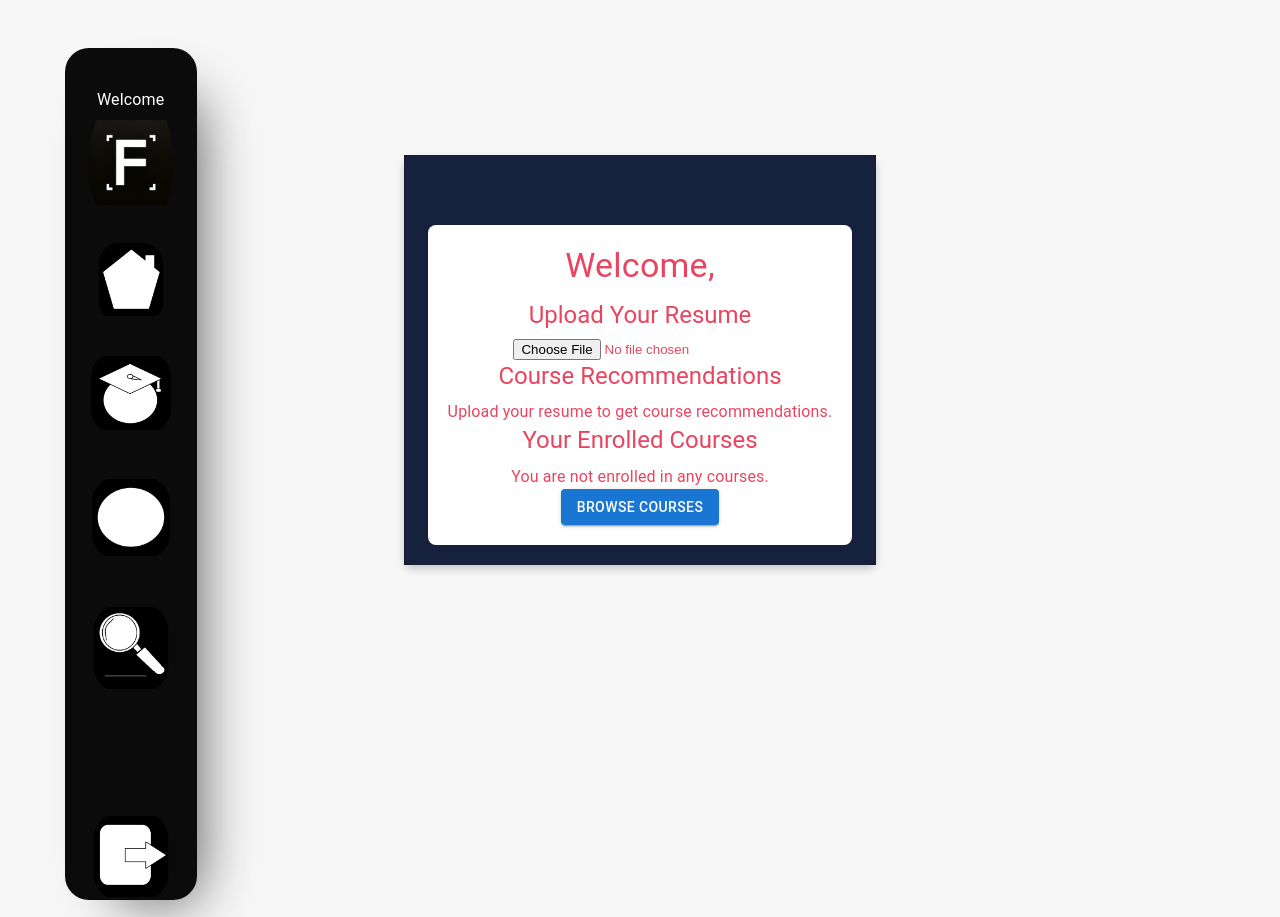
Repository: jvt2/OnlineCourseApp
Page: /dashboard
An editor plug-in stored every save of this project. The page is shown before and after the next save, followed by the edit.
The browser window is 1280 px wide. The pictures show the whole page.
The page's requests for data from a server got no answer. The project was rebuilt for these pictures with package versions that can differ from the ones it lists, and the page was loaded fresh each time. No one was signed in, and anything a server would have sent is missing. Also part of the build but not shown: src/features/auth/Register.js, src/features/auth/Login.js, src/features/courses/ResumeUpload.js, src/features/courses/CourseRecommendations.js, src/components/common/MyModal.js, src/features/courses/CourseCatalog.js, src/features/courses/CourseDetail.js, src/components/common/Navbar.js and 3 more. Imported but missing from the stored project, and not drawn on this page: src/app/reportWebVitals.

Above is the page before, as saved 2024-07-15 11:40:11.

### src/index.js
import React from 'react';
import ReactDOM from 'react-dom/client';
import { Provider } from 'react-redux';
import store from './redux/store';
import './index.css';
import App from './app/App';
import reportWebVitals from './app/reportWebVitals';

const root = ReactDOM.createRoot(document.getElementById('root'));
root.render(
  <React.StrictMode>
    <App />
  </React.StrictMode>
);

// If you want to start measuring performance in your app, pass a function
// to log results (for example: reportWebVitals(console.log))
// or send to an analytics endpoint. Learn more: https://bit.ly/CRA-vitals
reportWebVitals();

### src/redux/store.js
// src/redux/store.js

import { configureStore } from '@reduxjs/toolkit';
import userReducer from './userReducer';

const store = configureStore({
  reducer: {
    user: userReducer,
  },
});

export default store;

### src/app/App.js
import { BrowserRouter as Router, Route, Routes } from 'react-router-dom';
import React, { useState } from 'react';
import logo from '../logo.svg';
import './App.css';
import Register from '../features/auth/Register';
import Login from '../features/auth/Login';
import CourseCatalog from '../features/courses/CourseCatalog';
import CourseDetail from '../features/courses/CourseDetail';
import UserDashboard from '../features/dashboard/Dashboard';
import Navbar from '../components/common/Navbar';
import { Provider } from 'react-redux';
import store from '../redux/store'; // import your Redux store here
import Logout from '../features/auth/Logout'; // Import the Logout component
import Chatbot from '../features/chatbot/Chatbot';
import CourseRecommendations from '../features/courses/CourseRecommendations';
import axios from 'axios';
import ResumeUpload from '../features/courses/ResumeUpload';
import LandingPage from '../components/common/LandingPage';

function App() {
  const [loggedIn, setLoggedIn] = useState(false);
  const [users, setUsers] = useState([]);
  const [currentUser, setCurrentUser] = useState(null);
  const [recommendations, setRecommendations] = useState([]);

  const handleResumeUpload = (newRecommendations) => {
    console.log('New Recommendations:', newRecommendations);
    setRecommendations(newRecommendations);
  };

  const [courses, setCourses] = useState([
    {id: 1, name: 'Course 1', description: 'This is course 1'},
    {id: 2, name: 'Course 2', description: 'This is course 2'}
  ]);

  const handleRegister = async (username, password) => {
    try {
      const response = await axios.post('http://localhost:3001/register', { username, password });
      alert(response.data.message);
      // Log in the new user if registration is successful
      handleLogin(username, password);
    } catch (error) {
      alert(error.response.data.message);
    }
  };

  const handleLogin = async (username, password) => {
    try {
      const response = await axios.post('http://localhost:3001/login', { username, password });
      localStorage.setItem('token', response.data.token);
      setLoggedIn(true);
      setCurrentUser({ username });
    } catch (error) {
      alert('Login failed. Please check your username and password.');
    }
  };

  const handleEnroll = async (course) => {
    try {
      const token = localStorage.getItem('token');
      await axios.post('http://localhost:3001/enroll', { courseId: course.id }, {
        headers: { 'Authorization': `Bearer ${token}` }
      });
      setEnrolledCourses([...enrolledCourses, course]);
    } catch (error) {
      console.error('Enrollment failed', error);
    }
  };

  const [enrolledCourses, setEnrolledCourses] = useState([]);
  const [isModalOpen, setIsModalOpen] = useState(false);

  const handleSelectRecommendation = (recommendation) => {
    const newCourse = {
      id: courses.length + 1,
      name: recommendation.text,
      description: 'This is a recommended course based on your resume.'
    };

    setCourses([...courses, newCourse]);
    setEnrolledCourses([...enrolledCourses, newCourse]);
    setIsModalOpen(false);
  };

  return (
    <Provider store={store}>
      <Router>
        <div className="App">
          <Routes>
            <Route path="/" element={<LandingPage />} />
            <Route path="/register" element={<Register />} />
            <Route path="/login" element={<Login />} />
            <Route path="/dashboard" element={<UserDashboard />} /> {/* Added this line */}
          </Routes>
        </div>
      </Router>
    </Provider>
  );
}

export default App;

### src/redux/userReducer.js
// src/redux/userReducer.js
// src/redux/userReducer.js
import { createSlice } from '@reduxjs/toolkit';

const initialState = {
  id: null,
  email: null,
  token: null,
};

const userSlice = createSlice({
  name: 'user',
  initialState,
  reducers: {
    logIn(state, action) {
      state.id = action.payload.id;
      state.email = action.payload.email;
      state.token = action.payload.token;
    },
    logOut(state) {
      state.id = null;
      state.email = null;
      state.token = null;
    },
  },
});

export const { logIn, logOut } = userSlice.actions;
export default userSlice.reducer;

### src/app/App.css
/* App.css */
:root {
  --primary-bg-color: #1E1E2F;
  --secondary-bg-color: #282840;
  --primary-text-color: #F5F5F5;
  --link-color: #61dafb;
  --accent-color: #FF6B6B;
  --navbar-height: 4rem;
  --content-padding: 20px;
  --border-radius: 8px;
  --transition-duration: 0.3s;
  --gradient-bg-color: linear-gradient(120deg, #84fab0 0%, #8fd3f4 100%);
}

.App {
  text-align: center;
  font-family: 'Arial', sans-serif;
  background-color: var(--primary-bg-color);
}

.App-logo {
  height: 40vmin;
  pointer-events: none;
  filter: drop-shadow(0 0 10px var(--accent-color));
}

.App-header {
  background-color: var(--secondary-bg-color);
  min-height: 100vh;
  display: flex;
  flex-direction: column;
  align-items: center;
  justify-content: center;
  font-size: calc(10px + 2vmin);
  color: var(--primary-text-color);
  border-bottom-left-radius: var(--border-radius);
  border-bottom-right-radius: var(--border-radius);
}

.App-link {
  color: var(--link-color);
  transition: color var(--transition-duration);
}

.App-link:hover {
  color: var(--accent-color);
}

@media (prefers-reduced-motion: no-preference) {
  .App-logo {
    animation: App-logo-spin infinite 20s linear;
  }
}

@keyframes App-logo-spin {
  from {
    transform: rotate(0deg);
  }
  to {
    transform: rotate(360deg);
  }
}

.site-navbar {
  display: flex;
  align-items: center;
  background: var(--gradient-bg-color);
  padding: 10px 20px;
  height: var(--navbar-height);
  font-weight: 500;
  box-shadow: 0 4px 6px rgba(0, 0, 0, 0.1);
}

.navbar-nav {
  display: flex;
  align-items: center;
  list-style: none;
  margin: 0;
  padding: 0;
  flex-grow: 1;
  justify-content: center;
}

.nav-item {
  display: flex;
  align-items: center;
  justify-content: center;
  text-decoration: none;
  color: var(--primary-text-color);
  padding: 15px 25px;
  transition: all 0.3s ease-in-out;
  border-radius: var(--border-radius);
  position: relative;
}

.nav-item:before {
  content: '';
  position: absolute;
  top: 0;
  left: 0;
  width: 0;
  height: 100%;
  background: var(--accent-color);
  border-radius: var(--border-radius);
  transition: width 0.3s ease-in-out;
  z-index: -1;
}

.nav-item:hover:before {
  width: 100%;
}

.nav-item:hover {
  color: var(--secondary-bg-color);
  box-shadow: 0 4px 8px rgba(0, 0, 0, 0.2);
  text-decoration: none;
}

.navbar-brand {
  margin-right: auto;
  color: var(--primary-text-color);
  font-size: 1.5em;
  font-weight: bold;
}

.App-content {
  padding: var(--content-padding);
  color: var(--primary-text-color);
}

.App-footer {
  text-align: center;
  padding: var(--content-padding);
  background-color: var(--secondary-bg-color);
  color: var(--primary-text-color);
  box-shadow: 0 -4px 6px rgba(0, 0, 0, 0.1);
}

.course-recommendations {
  width: 80%;
  margin: auto;
  background: #f9f9f9;
  padding: 20px;
  border-radius: 5px;
  box-shadow: 0px 0px 10px rgba(0, 0, 0, 0.1);
}

.course-recommendations h2 {
  text-align: center;
  color: #333;
}

.course-recommendations .course {
  padding: 10px 0;
  border-bottom: 1px solid #eee;
}

.course-recommendations .course:last-child {
  border-bottom: none;
}

.course-recommendations .course button {
  margin-left: 10px;
}

body {
  background-color: #1a1a2e;
  color: #e94560;
}

.MuiContainer-root {
  background-color: #16213e;
  border-radius: 8px;
  padding: 20px;
  box-shadow: 0 4px 8px rgba(0, 0, 0, 0.2);
}

.customTextField .MuiInputBase-input {
  color: #fff;
  background-color: rgba(255, 255, 255, 0.1);
}

.customTextField .MuiInputLabel-root {
  color: rgba(255, 255, 255, 0.7);
}

.customTextField .MuiInputLabel-root.Mui-focused {
  color: #fff;
}

.customTextField .MuiOutlinedInput-root {
  &.Mui-focused .MuiOutlinedInput-notchedOutline {
    border-color: #fff;
  }
  & .MuiOutlinedInput-notchedOutline {
    border-color: rgba(255, 255, 255, 0.5);
  }
}

### src/features/dashboard/Dashboard.js
// src/features/dashboard/Dashboard.js
import React, { useEffect, useState } from 'react';
import axios from 'axios';
import { useSelector } from 'react-redux';
import { Container, Typography, Button, Box, List, ListItem, ListItemText } from '@mui/material';
import { useNavigate } from 'react-router-dom';
import './Dashboard.css'; // Correct import for CSS

function Dashboard() {
  const [enrolledCourses, setEnrolledCourses] = useState([]);
  const [recommendations, setRecommendations] = useState([]);
  const token = useSelector(state => state.user.token);
  const userId = useSelector(state => state.user.id);
  const userEmail = useSelector(state => state.user.email);
  const navigate = useNavigate();

  useEffect(() => {
    const fetchEnrolledCourses = async () => {
      try {
        const response = await axios.get(`http://localhost:3001/user/${userId}/courses`, {
          headers: { Authorization: `Bearer ${token}` }
        });
        setEnrolledCourses(response.data);
      } catch (error) {
        console.error('Error fetching enrolled courses:', error);
      }
    };

    const fetchRecommendations = async () => {
      try {
        const response = await axios.get(`http://localhost:3001/user/${userId}/recommendations`, {
          headers: { Authorization: `Bearer ${token}` }
        });
        setRecommendations(response.data);
      } catch (error) {
        console.error('Error fetching recommendations:', error);
      }
    };

    fetchEnrolledCourses();
    fetchRecommendations();
  }, [userId, token]);

  const handleResumeUpload = async (event) => {
    const formData = new FormData();
    formData.append('resume', event.target.files[0]);

    try {
      const response = await axios.post('http://localhost:3001/uploadResume', formData, {
        headers: {
          'Content-Type': 'multipart/form-data',
          Authorization: `Bearer ${token}`,
        },
      });
      setRecommendations(response.data.recommendations);
    } catch (error) {
      console.error('Error uploading resume:', error);
    }
  };

  return (
    <Container component="main" maxWidth="md">
      <Box className="sidebar">
        <div className="sidebar-blur"></div>
        <div className="sidebar-main">
          <Typography className="sidebar-logo">Welcome</Typography>
          <div className="sidebar-icon icon-home"></div>
          <div className="sidebar-icon icon-graduation"></div>
          <div className="sidebar-icon icon-user"></div>
          <div className="sidebar-icon icon-message"></div>
          <div className="sidebar-icon icon-settings"></div>
          <div className="sidebar-icon icon-logout"></div>
        </div>
      </Box>
      <Box className="dashboard-container">
        <Typography className="dashboard-header" variant="h4" gutterBottom>
          Welcome, {userEmail}
        </Typography>
        <Box className="upload-container">
          <Typography variant="h5" gutterBottom>
            Upload Your Resume
          </Typography>
          <input type="file" onChange={handleResumeUpload} accept=".pdf,.doc,.docx,.txt" />
        </Box>
        <Box className="recommendations-container">
          <Typography variant="h5" gutterBottom>
            Course Recommendations
          </Typography>
          {recommendations.length > 0 ? (
            <List>
              {recommendations.map((rec, index) => (
                <ListItem key={index}>
                  <ListItemText primary={rec.title} secondary={rec.description} />
                </ListItem>
              ))}
            </List>
          ) : (
            <Typography variant="body1">Upload your resume to get course recommendations.</Typography>
          )}
        </Box>
        <Box className="enrolled-courses-container">
          <Typography variant="h5" gutterBottom>
            Your Enrolled Courses
          </Typography>
          {enrolledCourses.length > 0 ? (
            <List>
              {enrolledCourses.map(course => (
                <ListItem key={course.id}>
                  <ListItemText primary={course.name} />
                </ListItem>
              ))}
            </List>
          ) : (
            <Typography variant="body1">You are not enrolled in any courses.</Typography>
          )}
        </Box>
        <Box className="button-container">
          <Button variant="contained" color="primary" onClick={() => navigate('/courses')}>
            Browse Courses
          </Button>
        </Box>
      </Box>
    </Container>


  );
}

export default Dashboard;

### src/features/auth/Logout.js
// Logout.js
import { useEffect } from 'react';
import { useDispatch } from 'react-redux';
import { useNavigate } from 'react-router-dom';
import { logOut } from '../../redux/reducers/userslice'; // Import the logOut action

function Logout() {
  const navigate = useNavigate();
  const dispatch = useDispatch();

  useEffect(() => {
    localStorage.removeItem('token'); // Remove the token from local storage
    dispatch(logOut()); // Dispatch the logOut action
    navigate('/login'); // Navigate to the login page
  }, [dispatch, navigate]);

  return null;
}

export default Logout;

### src/components/common/LandingPage.css
body {
    display: flex;
    justify-content: center;
    align-items: center;
    height: 100vh;
    background-color: #f7f7f7;
    margin: 0;
    font-family: 'Roboto', sans-serif;
  }

  .sign-in-container {
    display: flex;
    justify-content: center;
    align-items: center;
    height: 100%;
    width: 100%;
  }

  .sign-in-form {
    background-color: white;
    padding: 60px;
    border-radius: 10px;
    box-shadow: 0 4px 8px rgba(0, 0, 0, 0.1);
    text-align: center;
    max-width: 600px;
    width: 90%;
  }

  .logo {
    width: 200px;
    height: 200px;
    margin-bottom: 30px;
    background-color: white;
    border-radius: 10px;
  }

  h1 {
    margin: 0;
    font-size: 32px;
    font-weight: 700;
  }

  .subtitle {
    margin: 10px 0;
    color: #555;
    font-size: 18px;
  }

  .google-sign-in {
    background-color: #ffffff;
    color: #000;
    border: 1px solid #ccc;
    padding: 15px;
    width: 100%;
    border-radius: 5px;
    margin-bottom: 30px;
    display: flex;
    justify-content: center;
    align-items: center;
    cursor: pointer;
    font-size: 18px;
    font-weight: 500;
    transition: background-color 0.3s;
  }

  .google-sign-in:hover {
    background-color: #f0f0f0;
  }

  .google-logo {
    width: 25px;
    margin-right: 10px;
  }

  .separator {
    display: flex;
    align-items: center;
    text-align: center;
    margin: 30px 0;
    color: #aaa;
    font-size: 18px;
  }

  .separator::before,
  .separator::after {
    content: '';
    flex: 1;
    border-bottom: 1px solid #ccc;
  }

  .separator:not(:empty)::before {
    margin-right: .5em;
  }

  .separator:not(:empty)::after {
    margin-left: .5em;
  }

  .email-input,
  .password-input {
    width: 100%;
    padding: 15px;
    margin-bottom: 30px;
    border: 1px solid #ccc;
    border-radius: 5px;
    font-size: 18px;
    transition: border-color 0.3s;
  }

  .email-input:focus,
  .password-input:focus {
    border-color: #007bff;
    outline: none;
  }

  .continue-button {
    background-color: #9b51e0;
    color: white;
    border: none;
    padding: 15px;
    width: 100%;
    border-radius: 5px;
    font-size: 18px;
    font-weight: 500;
    cursor: pointer;
    transition: background-color 0.3s;
    margin-bottom: 10px; /* Add margin to separate the buttons */
  }

  .continue-button:hover {
    background-color: #7a3bc0;
  }

  .email-error {
    color: red;
    margin-top: 10px;
    font-size: 14px;
  }


  .back-button {
    background-color: #ccc;
    color: white;
    border: none;
    padding: 15px;
    width: 100%;
    border-radius: 5px;
    font-size: 18px;
    font-weight: 500;
    cursor: pointer;
    transition: background-color 0.3s;
    margin-bottom: 10px; /* Add margin to separate the buttons */
  }

  .back-button:hover {
    background-color: #aaa;
  }

  .sign-up-link {
    margin-top: 30px;
    color: #aaa;
    font-size: 18px;
  }

  .sign-up-link a {
    color: #9b51e0;
    text-decoration: none;
  }

  .sign-up-link a:hover {
    text-decoration: underline;
  }

### src/features/dashboard/Dashboard.css
/* Dashboard CSS */

/* General styles for the dashboard */
.dashboard-container {
    background: #FFFFFF;
    padding: 20px;
    border-radius: 8px;
    margin-top: 50px;
    text-align: center;
  }

  /* Sidebar styles */
  .sidebar {
    position: absolute;
    width: 132px;
    height: 853.12px;
    left: 32.34px;
    top: 24.02px;
    display: flex;
    flex-direction: column;
    align-items: center;
    justify-content: space-around; /* Evenly distribute space around the items */
    padding: 20px 0;
  }

  .sidebar-blur {
    position: absolute;
    width: 81.01px;
    height: 804px;
    left: 83.32px;
    top: 73.14px;
    background: #0C0B0B;
    opacity: 0.7;
    filter: blur(30px);
    border-radius: 24px;
  }

  .sidebar-main {
    position: absolute;
    width: 132px;
    height: 852px;
    left: 32.34px;
    top: 24.02px;
    background: #0C0B0B;
    border-radius: 24px;
  }

  .sidebar-logo {
    position: absolute;
    width: 85px;
    height: 150px;
    left: 74.46px;
    top: 39.67px;
    font-family: 'Baloo Bhai';
    font-style: normal;
    -webkit-text-fill-color: #FFFFFF;
    font-weight: 400;
    font-size: 64px;
    line-height: 102px;
    background-image: url('/public/assets/Designer.png');
    background-size: contain;
    background-position: center;
    background-repeat: no-repeat;
    border-radius: 70%;
    position: absolute;
    left: 50%;
    transform: translateX(-50%);
    margin-bottom: 40px; /* Adjust as needed */
  }

  .sidebar-icon {
    position: absolute;
    width: 26px;
    height: 26px;
    left: 85.15px;
    margin-bottom: 30px; /* Adjust as needed */
  }

  .sidebar-icon.icon-home {
    width: 65px;
    height: 80px;
    background-image: url('/public/assets/home_I.png');
    border-radius: 30%;
    position: absolute;
    left: 50%;
    transform: translateX(-50%);
    background-size: contain;
    background-repeat: no-repeat;
    top:22.84%;
  }

  .icon-graduation {
    top: 35.84%;
    width: 80px;
    height: 80px;
    background-position: center;
    background-image: url('/public/assets/enroll.png');
    border-radius: 30%;
    position: absolute;
    left: 50%;
    transform: translateX(-50%);
    background-size: contain;
    background-repeat: no-repeat;
  }

  .icon-user {
    top: 50.46%;
    width: 78px;
    height: 80px;
    background-position: center;
    background-position: center;
    background-image: url('/public/assets/user.png');
    border-radius: 30%;
    position: absolute;
    left: 50%;
    transform: translateX(-50%);
    background-size: contain;
    background-repeat: no-repeat;

  }

  .icon-message {
    top: 65.44%;
    width: 75px;
    height: 85px;
    background-position: center;
    background-image: url('/public/assets/search.png');
    border-radius: 30%;
    position: absolute;
    left: 50%;
    transform: translateX(-50%);
    background-size: contain;
    background-repeat: no-repeat;

  }

  .icon-settings {
    top: 62.11%;
  }

  .icon-logout {
    top: 89.95%;
    background-position: center;
    width: 75px;
    height: 85px;
    background-position: center;
    background-image: url('/public/assets/logout.png');
    border-radius: 30%;
    position: absolute;
    left: 50%;
    transform: translateX(-50%);
    background-size: contain;
    background-repeat: no-repeat;
  }

  .icon-background {
    background: #FFFFFF;
    background-position: center;
  }

### src/redux/reducers/userslice.js
import { createSlice } from '@reduxjs/toolkit';

const userSlice = createSlice({
  name: 'user',
  initialState: { name: '', loggedIn: false },
  reducers: {
    logIn: (state, action) => {
      state.name = action.payload.name;
      state.loggedIn = true;
    },
    logOut: (state) => {
      state.name = '';
      state.loggedIn = false;
    }
  }
});

export const { logIn, logOut } = userSlice.actions;
export default userSlice.reducer;

Loaded but not shown: public/index.html (common file); src/index.css (common file)

After the next save:
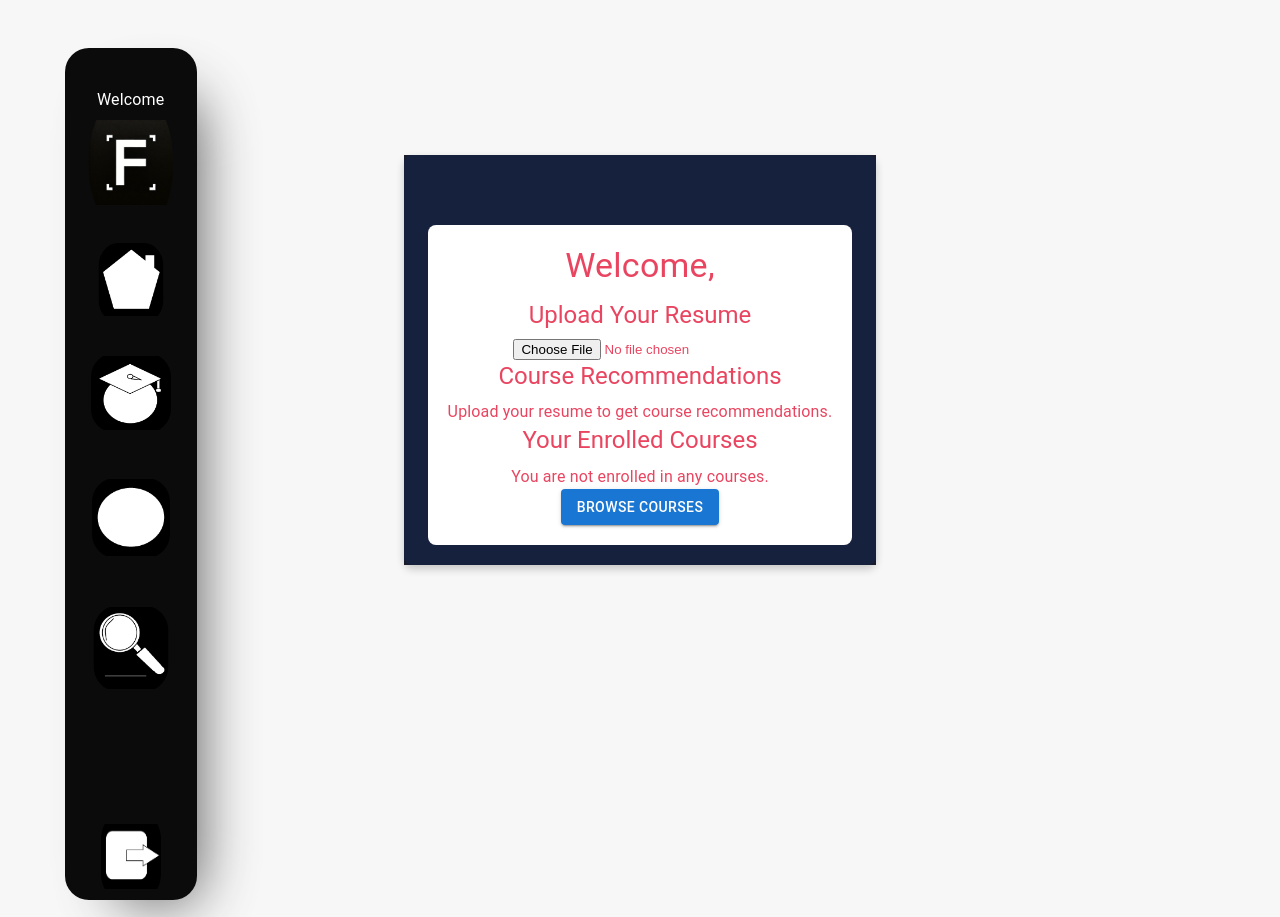
Saved 21 s later.
--- a/src/features/dashboard/Dashboard.css
+++ b/src/features/dashboard/Dashboard.css
@@ -141,7 +141,7 @@
   .icon-logout {
     top: 89.95%;
     background-position: center;
-    width: 75px;
+    width: 60px;
     height: 85px;
     background-position: center;
     background-image: url('/public/assets/logout.png');
